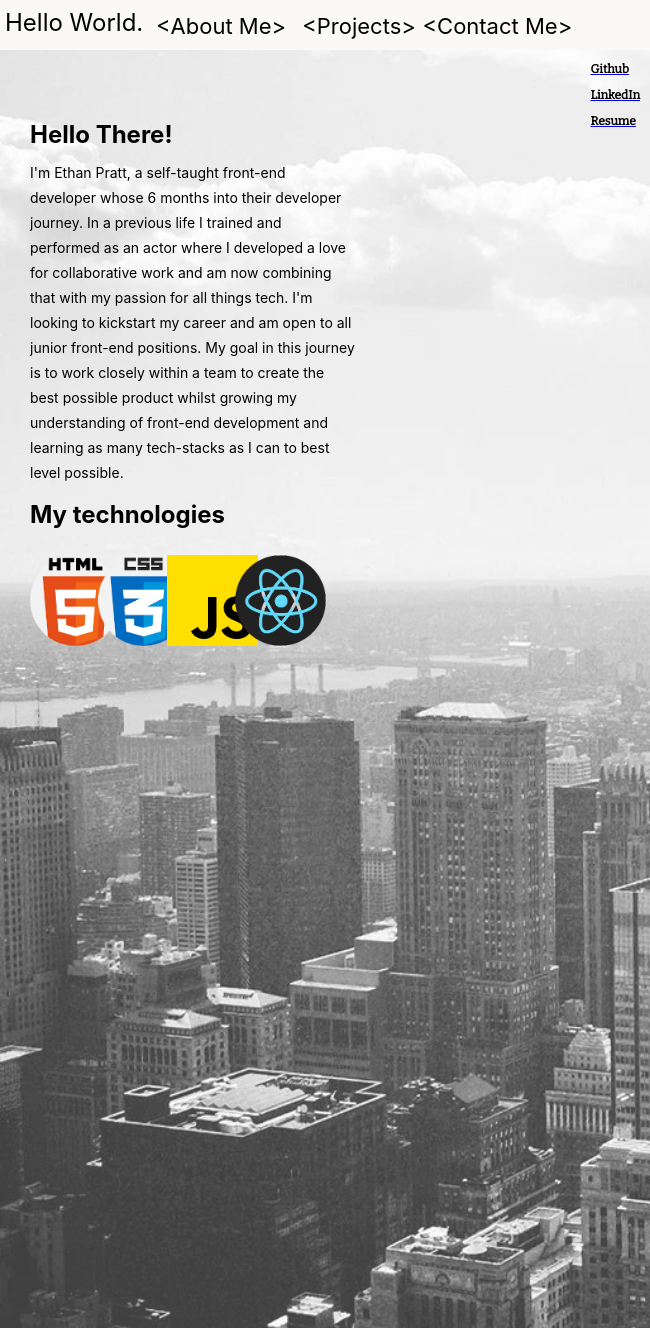
Repository: ghend99/website_ethan_pratt
Page: /about
An editor plug-in stored every save of this project. The page is shown before and after the next save, followed by the edit.
The browser window is 600 px wide. The page is 650 px wide, so the pictures cover 650 px, including what lies to the right of the window. The pictures show the whole page.
The project was rebuilt for these pictures with package versions that can differ from the ones it lists, and the page was loaded fresh each time. Also part of the build but not shown: src/pages/home.js, src/pages/project.js, src/css/contact.css, src/pages/contact.js.

Above is the page before, as saved 2023-04-25 09:47:17.

### public/index.html
<!DOCTYPE html>
<html lang="en">
  <head>
    <meta charset="utf-8" />
    <link rel="icon" href="%PUBLIC_URL%/favicon.ico" />
    <meta name="viewport" content="width=device-width, initial-scale=1" />
    <meta name="theme-color" content="#000000" />
    <meta
      name="description"
      content="Web site created using create-react-app"
    />
    <link rel="apple-touch-icon" href="%PUBLIC_URL%/logo192.png" />
    <!--
      manifest.json provides metadata used when your web app is installed on a
      user's mobile device or desktop. See https://developers.google.com/web/fundamentals/web-app-manifest/
    -->
    <link rel="manifest" href="%PUBLIC_URL%/manifest.json" />
    <!--
      Notice the use of %PUBLIC_URL% in the tags above.
      It will be replaced with the URL of the `public` folder during the build.
      Only files inside the `public` folder can be referenced from the HTML.

      Unlike "/favicon.ico" or "favicon.ico", "%PUBLIC_URL%/favicon.ico" will
      work correctly both with client-side routing and a non-root public URL.
      Learn how to configure a non-root public URL by running `npm run build`.
    -->
    <title>Ethan Pratt | Junior Front-End Developer</title>
  </head>
  <body>
    <noscript>You need to enable JavaScript to run this app.</noscript>
    <div id="root"></div>
    <!--
      This HTML file is a template.
      If you open it directly in the browser, you will see an empty page.

      You can add webfonts, meta tags, or analytics to this file.
      The build step will place the bundled scripts into the <body> tag.

      To begin the development, run `npm start` or `yarn start`.
      To create a production bundle, use `npm run build` or `yarn build`.
    -->
  </body>
</html>

### src/App.js
import { BrowserRouter as Router, Routes, Route } from "react-router-dom";
import { Home } from "./pages/home";
import { About } from "./pages/about.js";
import { Project } from "./pages/project.js";
import { Contact } from "./pages/contact.js";

function App() {
  return (
    <div className="App">
      <Router>
        <Routes>
          <Route path="/" element={<Home />} />
          <Route path="/projects" element={<Project />} />
          <Route path="/about" element={<About />} />
          <Route path="/contact" element={<Contact />} />
        </Routes>
      </Router>
    </div>
  );
}

export default App;

### src/pages/about.js
import "../css/about.css";
import { Header } from "../components/header.js";
import html from "../images/html.png";
import css from "../images/css.png";
import javascript from "../images/javascript.png";
import react from "../images/react.png";

export const About = () => {
  return (
    <div className="bg">
      <Header />
      <div className="about-container">
        {/* Infomration Container */}
        <div className="info-container">
          <section className="about">
            <h1 className="about-header">Hello There!</h1>
            <p className="about-paragraph">
              I'm Ethan Pratt, a self-taught front-end developer whose 6 months
              into their developer journey. In a previous life I trained and
              performed as an actor where I developed a love for collaborative
              work and am now combining that with my passion for all things
              tech. I'm looking to kickstart my career and am open to all junior
              front-end positions. My goal in this journey is to work closely
              within a team to create the best possible product whilst growing
              my understanding of front-end development and learning as many
              tech-stacks as I can to best level possible.
            </p>
          </section>
        </div>

        {/* Technology Container */}
        <div id="technology-container">
          <h2 className="technology-header">My technologies</h2>
          <img
            className="stack-html"
            id="stack-icon"
            src={html}
            alt="html logo"
          />
          <img className="stack-css" id="stack-icon" src={css} alt="css-logo" />
          <img
            className="stack-javascript"
            id="stack-icon"
            src={javascript}
            alt="javascript-logo"
          />
          <img
            className="stack-react"
            id="stack-icon"
            src={react}
            alt="react-logo"
          />
        </div>
      </div>
    </div>
  );
};

### src/components/header.js
import React, { useState } from "react";
import { Link } from "react-router-dom";
import "../css/header.css";
import github from "../images/github.png";
import linkedin from "../images/linkedin.png";
import resume from "../images/resume.png";
import menu from "../images/menu.png";

export const Header = () => {
  return (
    <div className="header-container">
      <Link className="header-title" to="/">
        Hello World.
      </Link>
      <Link id="header-nav" className="header-projects" to="/projects">
        &lt;Projects&gt;
      </Link>
      <Link id="header-nav" className="header-about" to="/about">
        &lt;About Me&gt;
      </Link>
      <Link id="header-nav" className="header-contact" to="/contact">
        &lt;Contact Me&gt;
      </Link>
      <a href="https://github.com/ghend99" target={"_blank"}>
        <img id="header-socials" className="header-github" src={github} />
      </a>
      <a href="https://www.linkedin.com/in/ethanapratt/" target={"_blank"}>
        <img id="header-socials" className="header-linkedin" src={linkedin} />
      </a>
      <a
        href="https://acrobat.adobe.com/link/review?uri=urn:aaid:scds:US:da99c37f-c24d-3e9b-a6fa-3d40d675b989"
        target={"_blank"}
      >
        <img id="header-socials" className="header-resume" src={resume} />
      </a>

      <div className="header-socials-list">
        <a href="https://github.com/ghend99" target={"_blank"}>
          <p className="header-socials-text">Github</p>
        </a>
        <a href="https://www.linkedin.com/in/ethanapratt/" target={"_blank"}>
          <p className="header-socials-text">LinkedIn</p>
        </a>
        <a
          href="https://acrobat.adobe.com/link/review?uri=urn:aaid:scds:US:da99c37f-c24d-3e9b-a6fa-3d40d675b989"
          target={"_blank"}
        >
          <p className="header-socials-text">Resume</p>
        </a>
      </div>
    </div>
  );
};

### src/css/home.css
@import url("https://fonts.googleapis.com/css2?family=Bitter&display=swap");

#center-container {
  position: relative;
  max-width: 25%;
  min-width: 500px;
  height: 20%;
  border-bottom: solid;
  /* background-color: aqua; */
  margin-left: auto;
  margin-right: auto;
  top: 10%;
  text-align: center;
  padding: 70px 0;
}

.home-name {
  top: 0;
  font-size: 50px;
  font-weight: bold;
}

.home-job-title {
  font-size: 32px;
  font-family: "Bitter";
}

.home-resume,
.home-github,
.home-linkedin {
  position: absolute;
  bottom: -50px;
  text-decoration: none;
  color: black;
  font-size: 20px;
  font-weight: bold;
  height: 50px;
  padding-bottom: 10px;
}

.home-resume:hover,
.home-github:hover,
.home-linkedin:hover {
  border-bottom: solid;
}

.home-github {
  left: 0;
}

.home-linkedin {
  left: 45%;
}

.home-resume {
  right: 0;
}

@media screen and (min-width: 0) and (max-width: 708px) {
  #center-container {
    min-width: 350px;
  }

  .home-linkedin {
    left: 140px;
  }
}

### src/css/about.css
.about-container {
  position: relative;
  max-width: 100%;
  min-width: 600px;
  max-height: 100%;
  min-height: 550px;
  /* background-color: lightyellow; */
}

.info-container {
  position: relative;
  max-width: 100%;
  min-width: 530px;
  max-height: 100%;
  min-height: 420px;
  top: 50px;
  /* background-color: lightgreen; */
}

.about-header {
  position: absolute;
  /* display: inline-block; */
  left: 13%;
  margin: 0;
  font-size: 60px;
}

.about-paragraph {
  position: absolute;
  top: 100px;
  left: 15%;
  max-width: 50%;
  min-width: 500px;
  margin: 0;
  font-size: 24px;
  line-height: 40px;
}

#technology-container {
  position: relative;
  top: 30px;
  max-width: 70%;
  min-width: 40%;
  max-height: 100%;
  min-height: 150px;
  left: 15%;
  margin: 0;
  /* background-color: lightblue; */
}

.technology-header {
  position: absolute;
  margin: 0;
  font-size: clamp(2rem, 1vw, 4rem);
}

#stack-icon {
  position: absolute;
  top: 55px;
  width: 5%;
}

.stack-html {
  left: 0;
}

.stack-css {
  left: 15%;
}

.stack-javascript {
  left: 30%;
}

.stack-react {
  left: 45%;
}

@media screen and (min-width: 0) and (max-width: 1740px) {
  #technology-container {
    top: 20px;
  }
}

@media screen and (min-width: 0) and (max-width: 1730px) {
  #technology-container {
    top: 50px;
  }
}

@media screen and (min-width: 0) and (max-width: 1570px) {
  #technology-container {
    top: 80px;
  }
}

@media screen and (min-width: 0) and (max-width: 1370px) {
  #technology-container {
    top: 120px;
  }
}
@media screen and (min-width: 0) and (max-width: 1230px) {
  #technology-container {
    top: 180px;
  }
}

@media screen and (min-width: 0) and (max-width: 1150px) {
  #technology-container {
    top: 220px;
  }
}

@media screen and (min-width: 0) and (max-width: 1050px) {
  #technology-container {
    top: 260px;
  }
}

@media screen and (min-width: 0) and (max-width: 708px) {
  .about-header {
    position: absolute;
    font-size: 24px;
    top: 20px;
    left: 30px;
  }

  .about-paragraph {
    font-size: 14px;
    line-height: 25px;
    left: 30px;
    min-width: 100px;
    top: 60px;
  }

  #technology-container {
    top: 30px;
    left: 30px;
  }

  .technology-header {
    font-size: 24px;
  }

  #stack-icon {
    width: 20%;
  }
}

### src/css/header.css
@import url("https://fonts.googleapis.com/css2?family=Bitter&display=swap");

.header-socials-text {
  color: black;
  text-decoration: none;
  border-bottom: none;
}

.header-container {
  position: relative;
  display: flex;
  flex-direction: row;
  max-width: 100%;
  min-width: 530px;
  max-height: 200px;
  min-height: 50px;
  background-color: #faf9f6;
  /* padding-top: 20px; */
}

.header-title {
  position: absolute;
  left: 5px;
  margin: 0;
  margin-right: clamp(20px, 50px, 30px);
  font-size: clamp(1rem, 4vw, 1.7rem);
  top: 8px;
  text-decoration: none;
  color: black;
}

#header-nav {
  position: absolute;
  display: flex;
  font-size: clamp(1rem, 4vw, 1.5rem);
  margin: 0;
  margin-right: clamp(20px, 50px, 30px);
  top: 8px;
}

.header-projects {
  left: clamp(30%, 46.5%, 60%);
  text-decoration: none;
  color: black;
}

.header-about {
  margin: 0;
  margin-left: 50px;
  margin-right: 100px;
  left: clamp(5px, 24%, 55%);
  text-decoration: none;
  color: black;
}

.header-contact {
  left: clamp(20%, 65%, 70%);
  text-decoration: none;
  color: black;
}

#header-socials {
  max-width: 11%;
  min-width: 35px;
  max-height: 50%;
  min-height: 10px;
  top: 15px;
  cursor: pointer;
}

#header-nav:hover {
  border-bottom: solid;
}

.header-github {
  position: absolute;
  right: clamp(10px, 12%, 110px);
}

.header-linkedin {
  position: absolute;
  right: clamp(5px, 10%, 60px);
}

.header-resume {
  position: absolute;
  right: clamp(10px, 10%, 10px);
}

.bg {
  position: relative;
  max-width: 100%;
  min-width: 650px;
  height: 100%;
  min-height: 83rem;
  background-size: cover;
  background-repeat: no-repeat;
  background-position: center center;
}

.bg::before {
  content: "";
  background-image: url(../images/background-image.jpg);
  background-size: cover;
  position: absolute;
  top: 0px;
  right: 0px;
  bottom: 0px;
  left: 0px;
  opacity: 0.75;
}

.header-socials-list {
  position: absolute;
  right: 10px;
  top: 50px;
  font-size: 12px;
  font-weight: bold;
  font-family: "Bitter";
  color: black;
  opacity: 0;
  transition: all 0.2s;
}

@media screen and (min-width: 0) and (max-width: 1028px) {
  #header-socials {
    display: none;
  }

  .header-socials-list {
    opacity: 1;
  }
}

@media screen and (min-width: 0) and (max-width: 612px) {
  #header-nav {
    top: 13px;
    font-size: 22px;
  }

  .header-socials-menu {
    top: 15px;
    right: 10px;
    width: 20px;
    height: 20px;
  }
}

@media screen and (min-width: 0) and (max-width: 554px) {
  #header-nav {
    font-size: 20px;
  }

  .header-title {
    top: 15px;
    font-size: 16px;
  }
}

@media screen and (min-width: 0) and (max-width: 425px) {
  .header-container {
    min-width: 150px;
  }

  #header-nav {
    font-size: 14px;
    top: 16px;
  }

  .bg {
    min-width: 170px;
  }
}

### src/css/project.css
@import url("https://fonts.googleapis.com/css2?family=Bitter&display=swap");

#projects-container {
  position: absolute;
  display: grid;
  grid-template-columns: 1fr 1fr 1fr 1fr;
  grid-template-rows: 3fr;
  max-width: 80%;
  min-width: 70%;
  max-height: 400vh;
  min-height: 150px;
  /* background-color: blue; */
  /* opacity: 0.7; */
  left: 10%;
  top: 10%;
}

#single-project {
  position: relative;
  max-width: 100%;
  max-height: 600px;
  min-height: 100%;
  border: solid;
  text-align: center;
  background-color: #faf9f6;
}

.project-name {
  font-family: "Bitter";
  font-size: clamp(18px, 24px, 30px);
}

#project-image {
  position: relative;
  max-width: 80%;
  max-height: 75%;
  min-height: 20%;
  top: -10px;
  margin-left: auto;
  margin-right: auto;
}

.image {
  width: 70%;
}

#project-stacks-used {
  margin: 0;
  top: 300px;
}

.project-footer {
  position: absolute;
  display: grid;
  grid-template-columns: 1fr 1fr 1fr;
  text-align: center;
  width: 100%;
  height: 6%;
  bottom: 10px;
}

.source-link,
.source-demo,
.project-info {
  position: absolute;
  text-decoration: none;
  color: black;
  font-size: clamp(0.8rem, 0.5vw, 0.8rem);
  font-weight: bold;
  height: 20px;
  cursor: pointer;
}

.source-link {
  left: 5px;
}

.source-demo {
  right: 5px;
}

#project-information {
  font-size: 14px;
}

.source-link:hover,
.source-demo:hover,
.project-info:hover {
  border-bottom: solid;
}

@media screen and (min-width: 0) and (max-width: 1028px) {
  /* #project-container {
    grid-template-columns: 1fr 1fr 1fr;
  } */

  /* #single-project {
    height: 50%;
  } */

  .project-footer {
    grid-template-rows: 0.5fr;
    bottom: 0;
  }

  .source-link,
  .source-demo,
  .project-info {
    font-size: 10px;
    font-weight: bold;
  }

  .source-link {
    margin: 0;
  }

  .source-demo {
    margin: 0;
    right: 7px;
  }

  .project-info {
    margin: 0;
    top: -4px;
  }
}

@media screen and (min-width: 0) and (max-width: 708px) {
  #projects-container {
    grid-template-columns: 1fr 1fr;
    grid-template-rows: 1fr 1fr;
  }

  .project-footer {
    bottom: 0;
  }

  .source-link,
  .source-demo,
  .project-info {
    font-size: 8px;
  }

  #single-project {
    min-height: 410px;
  }

  #project-information {
    font-size: 12px;
  }
}

Loaded but not shown: src/index.js (common file); src/index.css (common file)

After the next save:
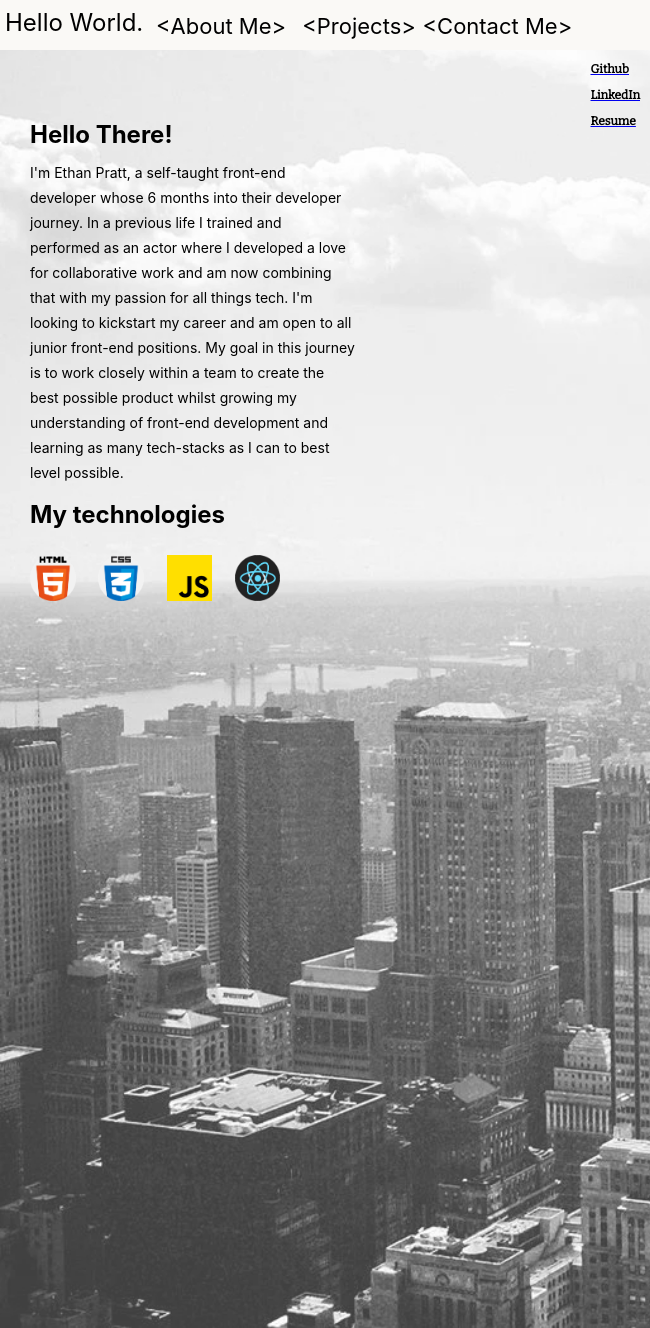
Saved 4 s later.
--- a/src/css/about.css
+++ b/src/css/about.css
@@ -143,6 +143,6 @@
   }
 
   #stack-icon {
-    width: 20%;
+    width: 10%;
   }
 }
